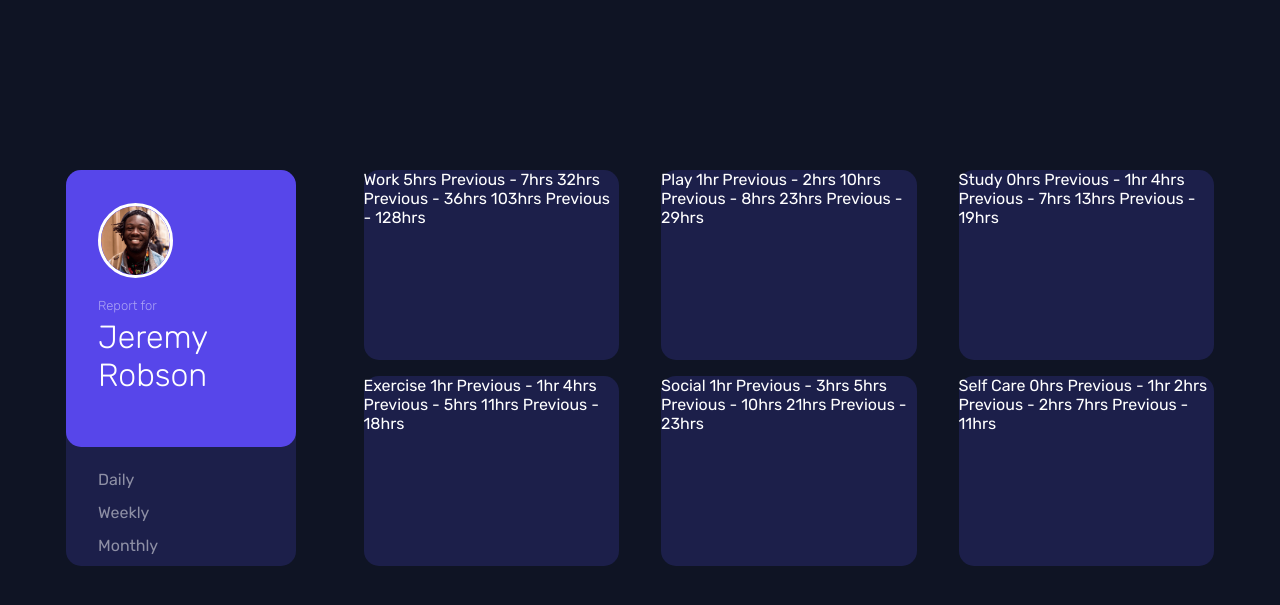
Repository: 3mr-5aled/time-tracking-dashboard-Junior
Page: index.html
The author's editor kept a copy of each file at every save. The page is drawn from the files as they stood at one save, then again after the next save.
The browser window is 1280 px wide. The pictures show the whole page.

Above is the page before, as saved 2022-12-27 19:26:18.

After the next save:
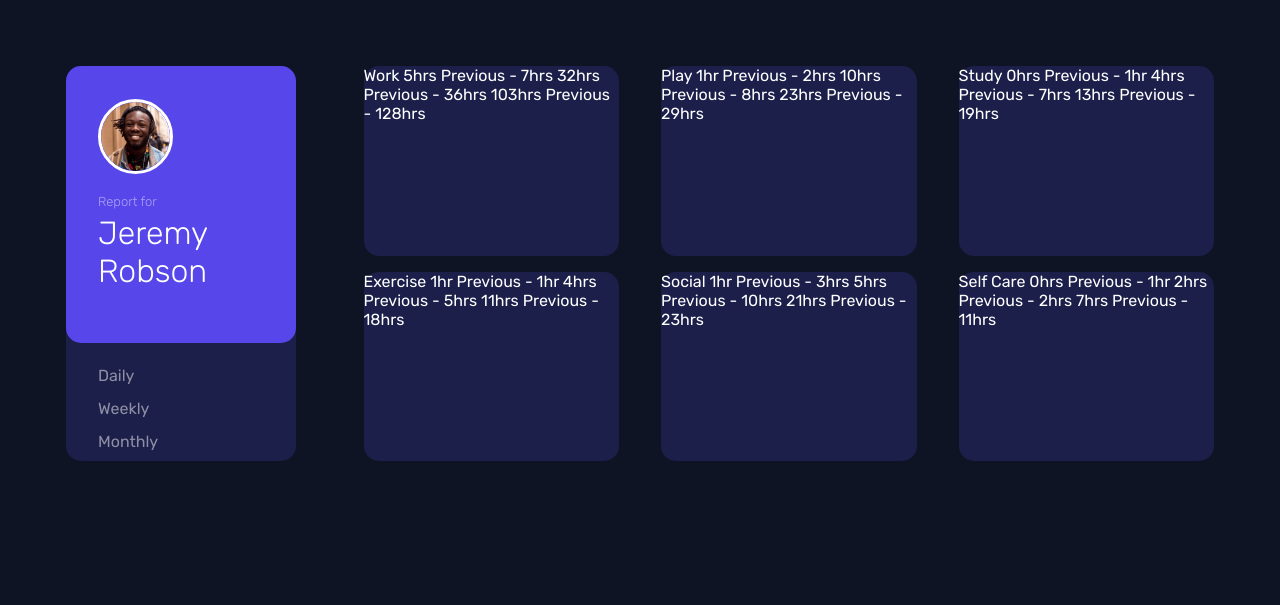
Saved 96 s later.
--- a/style.css
+++ b/style.css
@@ -37,8 +37,8 @@
   padding: 50px;
   background-color: var(--very-dark-blue);
   color: white;
-  display: flex;
-  align-items: center;
+  /* display: flex; */
+  /* align-items: center; */
   justify-content: center;
 }
 

After the 3 saves that followed:
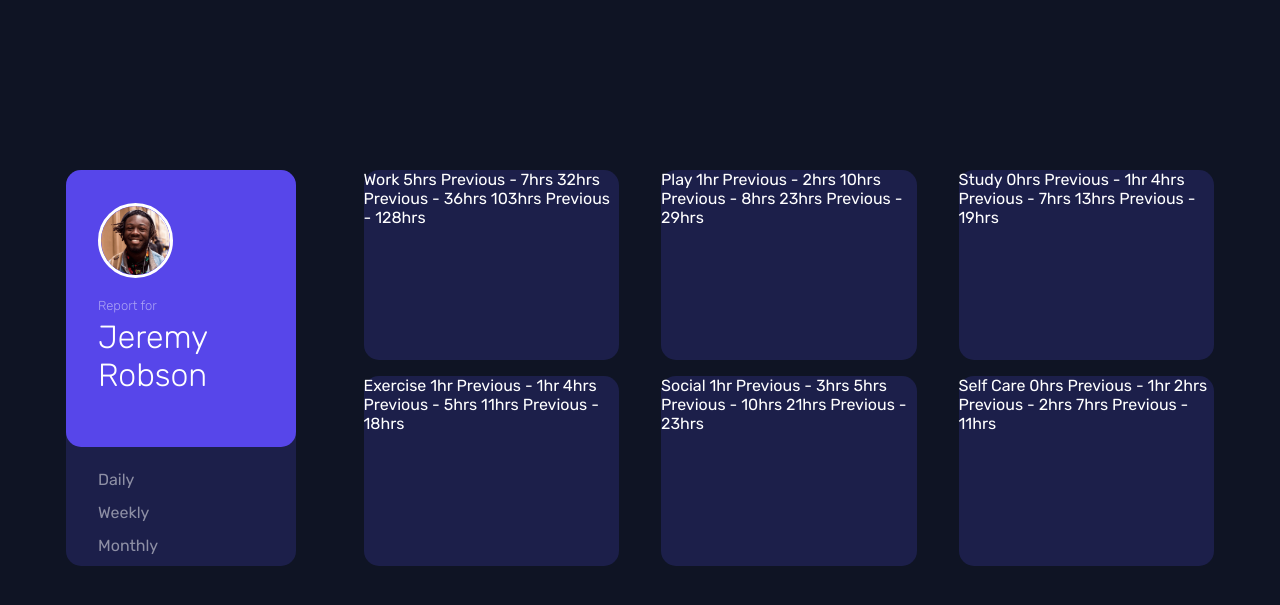
The 3 saves are shown as one change because 1 left the picture as it was and some came seconds apart.
The last was saved 20 s later.
--- a/style.css
+++ b/style.css
@@ -37,9 +37,9 @@
   padding: 50px;
   background-color: var(--very-dark-blue);
   color: white;
-  /* display: flex; */
-  /* align-items: center; */
-  justify-content: center;
+  display: flex;
+  align-items: center;
+  /* justify-content: center; */
 }
 
 .main {
